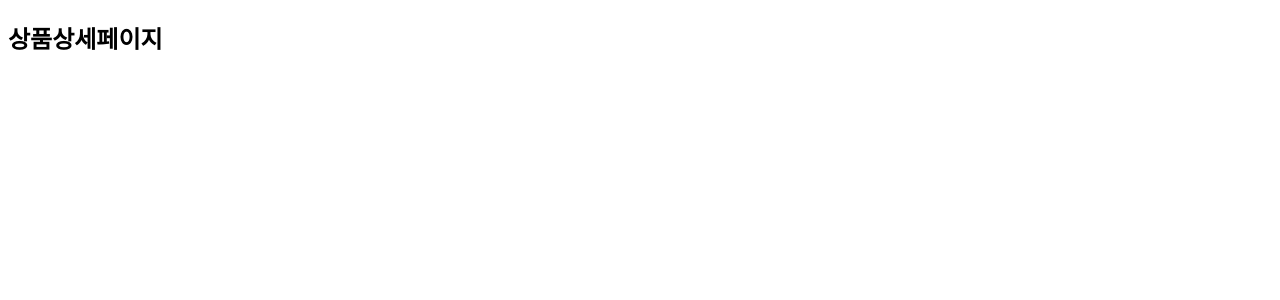
Repository: GTEM0/Acorn-classEdue2-java2-
Page: http://localhost/acorntblPrj230905/itemDetail
These files come from the project's save history. The page is drawn as it stood at one moment and after the next save; the edit follows.
The browser window is 1280 px wide. The pictures show the whole page.
The page is served by Tomcat 9. Other server files are loaded and not shown.

Above is the page before, as saved 2023-09-05 03:45:07.

### acorntblPrj230905/src/main/webapp/WEB-INF/views/itemDetail.jsp
<%@ page language="java" contentType="text/html; charset=UTF-8"
    pageEncoding="UTF-8"%>
<!DOCTYPE html>
<html>
<head>
<meta charset="UTF-8">
<title>Insert title here</title>
</head>
<body>

<h2>상품상세페이지</h2>

<%
String item = (String)request.getAttribute("item");
%>

</body>
</html>

### acorntblPrj230905/src/main/java/acorntblPrj230905/ItemDetailServlet.java
package cartPrj;

import java.io.IOException;

import javax.servlet.ServletException;
import javax.servlet.annotation.WebServlet;
import javax.servlet.http.HttpServlet;
import javax.servlet.http.HttpServletRequest;
import javax.servlet.http.HttpServletResponse;

@WebServlet("/itemDetail")
public class ItemDetailServlet extends HttpServlet{

	@Override
	protected void doGet(HttpServletRequest req, HttpServletResponse resp) throws ServletException, IOException {

		//상품정보가져오기
		//서비스, dao

		//모델심기
		String item = "티셔츠";
		req.setAttribute("item", item);
		req.getRequestDispatcher("WEB-INF/views/itemDetail.jsp").forward(req, resp);

	}

}

After the next save:
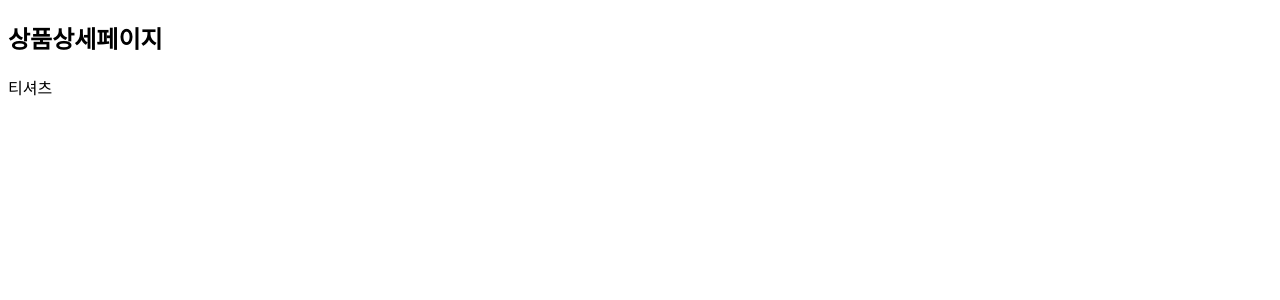
Saved 10 s later.
--- a/acorntblPrj230905/src/main/webapp/WEB-INF/views/itemDetail.jsp
+++ b/acorntblPrj230905/src/main/webapp/WEB-INF/views/itemDetail.jsp
@@ -14,5 +14,7 @@
 String item = (String)request.getAttribute("item");
 %>
 
+
+<%= item %>
 </body>
 </html>
